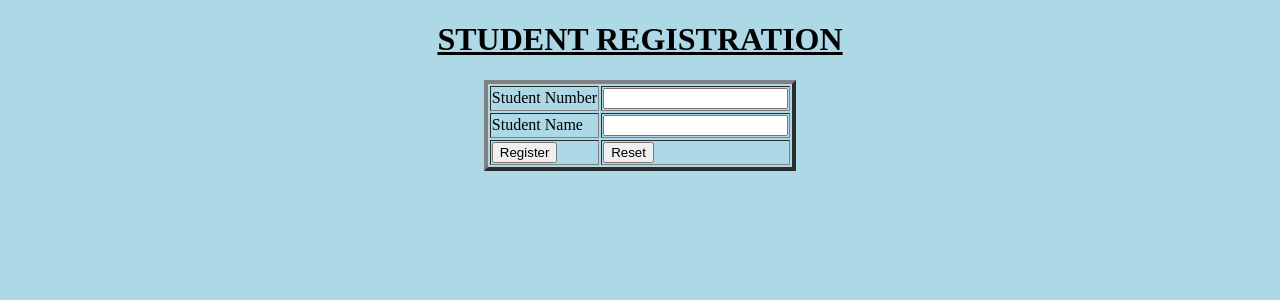
Repository: madhu124/Youtube-demo
Page: StudentRegisApp/WebContent/Register.html
The author's editor kept a copy of each file at every save. The page is drawn from the files as they stood at one save, then again after the next save.
The browser window is 1280 px wide. The pictures show the whole page.

Above is the page before, as saved 2017-05-31 18:42:31.

After the next save:
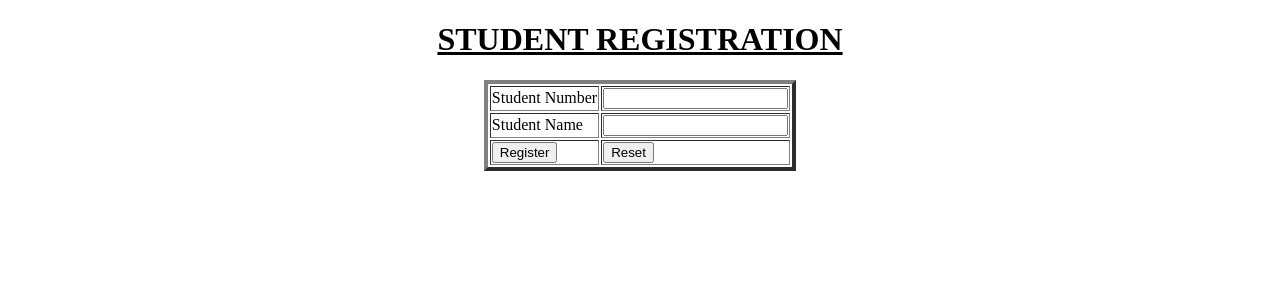
Saved 51 s later.
--- a/StudentRegisApp/WebContent/Register.html
+++ b/StudentRegisApp/WebContent/Register.html
@@ -7,7 +7,7 @@
 
 <style>
 body {
-	background-color: lightblue;
+	background-color: Blue Gray;
 }
 
 h1 {
